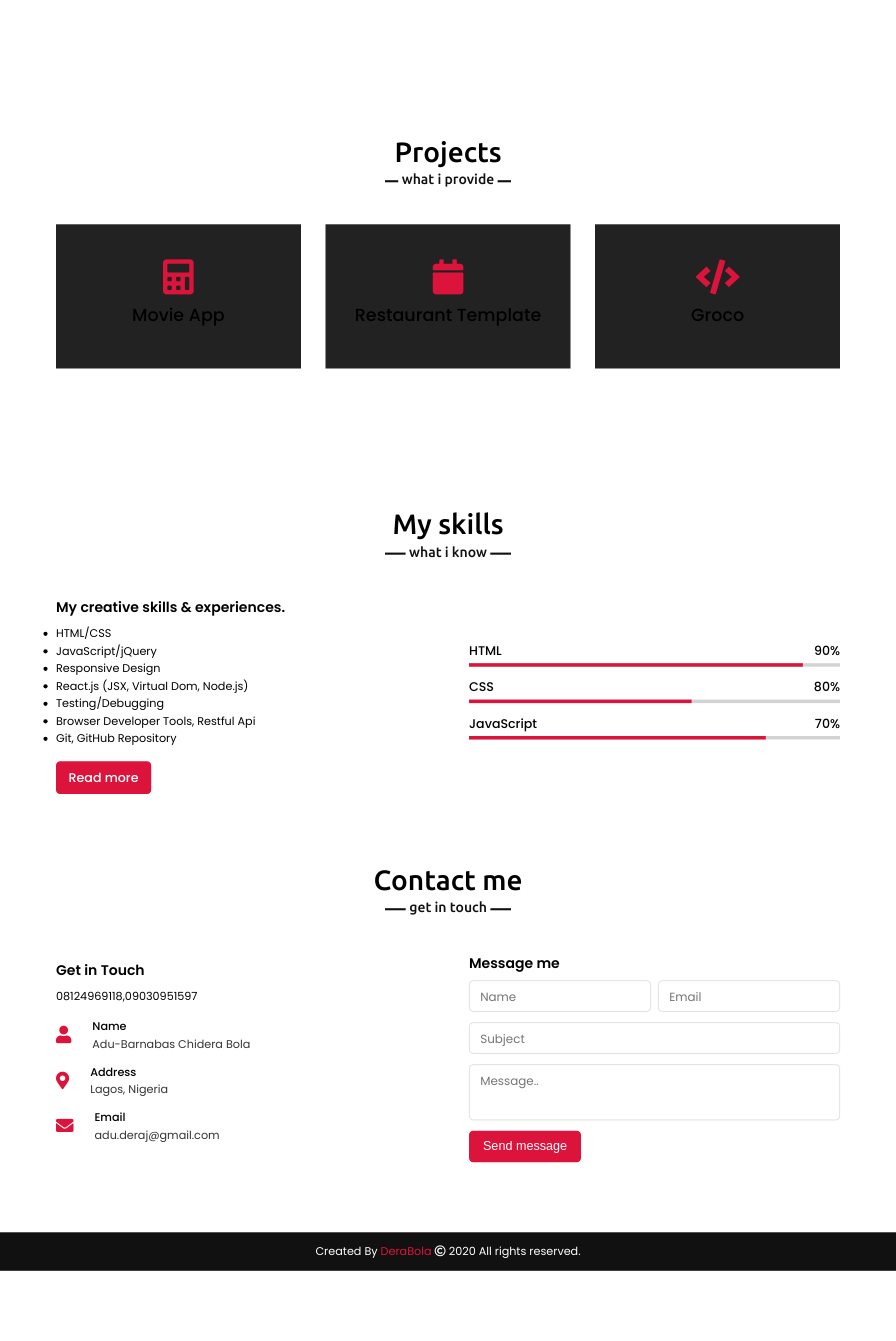
Repository: DeraBola/Portfolio
Page: index.html
These files come from the project's save history. The page is drawn as it stood at one moment and after the next save; the edit follows.
The browser window is 1280 px wide. The pictures show the part of the page from y = 1359 to 3279 px (the page is 3274 px tall before and 3279 px after), at 70% of full size.
Backgrounds fixed to the window are drawn as part of the page.

Above is the page before, as saved 2023-01-05 13:45:56.
Console error: ReferenceError: $ is not defined

### index.html
<!DOCTYPE html>
<html lang="en">

<head>
    <meta charset="UTF-8">
    <meta name="viewport" content="width=device-width, initial-scale=1.0">
    <title>Personal Portfolio Website</title>
    <link rel="stylesheet" type="text/css" href="Portfolio.css">
    <script src="Portfolio.js"></script>
    <link rel="stylesheet" href="https://cdnjs.cloudflare.com/ajax/libs/font-awesome/5.15.3/css/all.min.css" />
    <script src="https://code.jquery.com/jquery-3.5.1.min.js"></script>
    <script src="https://cdnjs.cloudflare.com/ajax/libs/typed.js/2.0.11/typed.min.js"></script>
    <script src="https://cdnjs.cloudflare.com/ajax/libs/waypoints/4.0.1/jquery.waypoints.min.js"></script>
    <script src="https://cdnjs.cloudflare.com/ajax/libs/OwlCarousel2/2.3.4/owl.carousel.min.js"></script>
    <link rel="stylesheet" href="https://cdnjs.cloudflare.com/ajax/libs/OwlCarousel2/2.3.4/assets/owl.carousel.min.css" />
</head>

<body>
    <div class="scroll-up-btn">
        <i class="fas fa-angle-up"></i>
    </div>
    <nav class="navbar">
        <div class="max-width">
            <div class="logo"><a href="#">Portfo<span>lio.</span></a></div>
            <ul class="menu">
                <li><a href="#home" class="menu-btn">Home</a></li>
                <li><a href="#about" class="menu-btn">About</a></li>
                <li><a href="#services" class="menu-btn">Services</a></li>
                <li><a href="#skills" class="menu-btn">Skills</a></li>
                <li><a href="#contact" class="menu-btn">Contact</a></li>
            </ul>
            <div class="menu-btn">
                <i class="fas fa-bars"></i>
            </div>
        </div>
    </nav>

    <!-- home section start -->
    <section class="home" id="home">
        <div class="max-width">
            <div class="home-content">
                <div class="text-1">Hello, my name is</div>
                <div class="text-2">Adu-Barnabas Chidera Bola</div>
                <div class="text-3">And I'm a <span class="typing"></span></div>
                <a href="https://drive.google.com/file/d/1_B8UsfiJBEhXLdAxsrp3EIpiCr9W2kGT/view?usp=sharing">Hire me</a>
            </div>
        </div>
    </section>

    <!-- about section start -->
    <section class="about" id="about">
        <div class="max-width">
            <h2 class="title">About me</h2>
            <div class="about-content">
                <div class="column left">
                    <img src="images/CHI.JPG" alt="">
                </div>
                <div class="column right">
                    <div class="text">I'm Chidera and I'm a <span class="typing-2"></span></div>
                    <p>Chidera is a front-end web developer that is responsible for implementing visual elements that users see and interact with in a web application.She writes well designed, testable, efficient code by using best software development practices.
                        Creating website layout/user interfaces by using standard HTML/CSS and JS practices.</p>
                    <a href="https://drive.google.com/file/d/1_B8UsfiJBEhXLdAxsrp3EIpiCr9W2kGT/view?usp=sharing">Download CV</a>
                </div>
            </div>
        </div>
    </section>

    <!-- services section start -->
    <section class="services" id="services">
        <div class="max-width">
            <h2 class="title">Projects</h2>
            <div class="serv-content">

                <div class="card">
                    <div class="box">
                        <i class="fa fa-calculator" aria-hidden="true"></i>
                        <div class="text">Movie App<a href="https://calcjquery.netlify.app/"><span class="link"></span></a></div>
                    </div>
                </div>

                <div class="card">
                    <div class="box">
                        <i class="fa fa-calendar" aria-hidden="true"></i>
                        <div class="text">Restaurant Template
                            <a href="https://calendar-coursera-dera.netlify.app/">
                                <span class="link-2"></span></a>
                        </div>
                    </div>
                </div>

                <div class="card">
                    <div class="box">
                        <i class="fas fa-code"></i>
                        <div class="text">Groco <a href="https://hmw-coursera-js.netlify.app/"><span class="link-3"></span></a>
                        </div>
                    </div>
                </div>
            </div>
        </div>
    </section>

    <!-- skills section start -->
    <section class="skills" id="skills">
        <div class="max-width">
            <h2 class="title">My skills</h2>
            <div class="skills-content">
                <div class="column left">
                    <div class="text">My creative skills & experiences.</div>
                    <ul>
                        <li>HTML/CSS</li>
                        <li>JavaScript/jQuery</li>
                        <li> Responsive Design</li>
                        <li>React.js (JSX, Virtual Dom, Node.js)</li>
                        <li>Testing/Debugging</li>
                        <li> Browser Developer Tools, Restful Api</li>
                        <li>Git, GitHub Repository</li>
                    </ul>
                    <a href="#">Read more</a>
                </div>
                <div class="column right">
                    <div class="bars">
                        <div class="info">
                            <span>HTML</span>
                            <span>90%</span>
                        </div>
                        <div class="line html"></div>
                    </div>
                    <div class="bars">
                        <div class="info">
                            <span>CSS</span>
                            <span>80%</span>
                        </div>
                        <div class="line css"></div>
                    </div>
                    <div class="bars">
                        <div class="info">
                            <span>JavaScript</span>
                            <span>70%</span>
                        </div>
                        <div class="line js"></div>
                    </div>

                </div>
            </div>
        </div>
        </div>
        </sectio>

        <!--contact section start-->
        <section class="contact" id="contact">
            <div class="max-width">
                <h2 class="title">Contact me</h2>
                <div class="contact-content">
                    <div class="column left">
                        <div class="text">Get in Touch</div>
                        <p>08124969118,09030951597</p>
                        <div class="icons">
                            <div class="row">
                                <i class="fas fa-user"></i>
                                <div class="info">
                                    <div class="head">Name</div>
                                    <div class="sub-title">Adu-Barnabas Chidera Bola</div>
                                </div>
                            </div>
                            <div class="row">
                                <i class="fas fa-map-marker-alt"></i>
                                <div class="info">
                                    <div class="head">Address</div>
                                    <div class="sub-title">Lagos, Nigeria</div>
                                </div>
                            </div>
                            <div class="row">
                                <i class="fas fa-envelope"></i>
                                <div class="info">
                                    <div class="head">Email</div>
                                    <div class="sub-title">adu.deraj@gmail.com</div>
                                </div>
                            </div>
                        </div>
                    </div>
                    <div class="column right">
                        <div class="text">Message me</div>
                        <form action="#">
                            <div class="fields">
                                <div class="field name">
                                    <input type="text" placeholder="Name" required>
                                </div>
                                <div class="field email">
                                    <input type="email" placeholder="Email" required>
                                </div>
                            </div>
                            <div class="field">
                                <input type="text" placeholder="Subject" required>
                            </div>
                            <div class="field textarea">
                                <textarea cols="30" rows="10" placeholder="Message.." required></textarea>
                            </div>
                            <div class="button-area">
                                <button type="submit">Send message</button>
                            </div>
                        </form>
                    </div>
                </div>
            </div>
        </section>

        <!-- footer section start -->
        <footer>
            <span>Created By <a href="#">DeraBola</a> <span class="far fa-copyright"></span> 2020 All rights reserved.</span>
        </footer>

        <script src="Portfolio.js"></script>
</body>

</html>

Loaded but not shown: Portfolio.js (67 lines, source omitted); Portfolio.css (700 lines, source omitted)

After the next save:
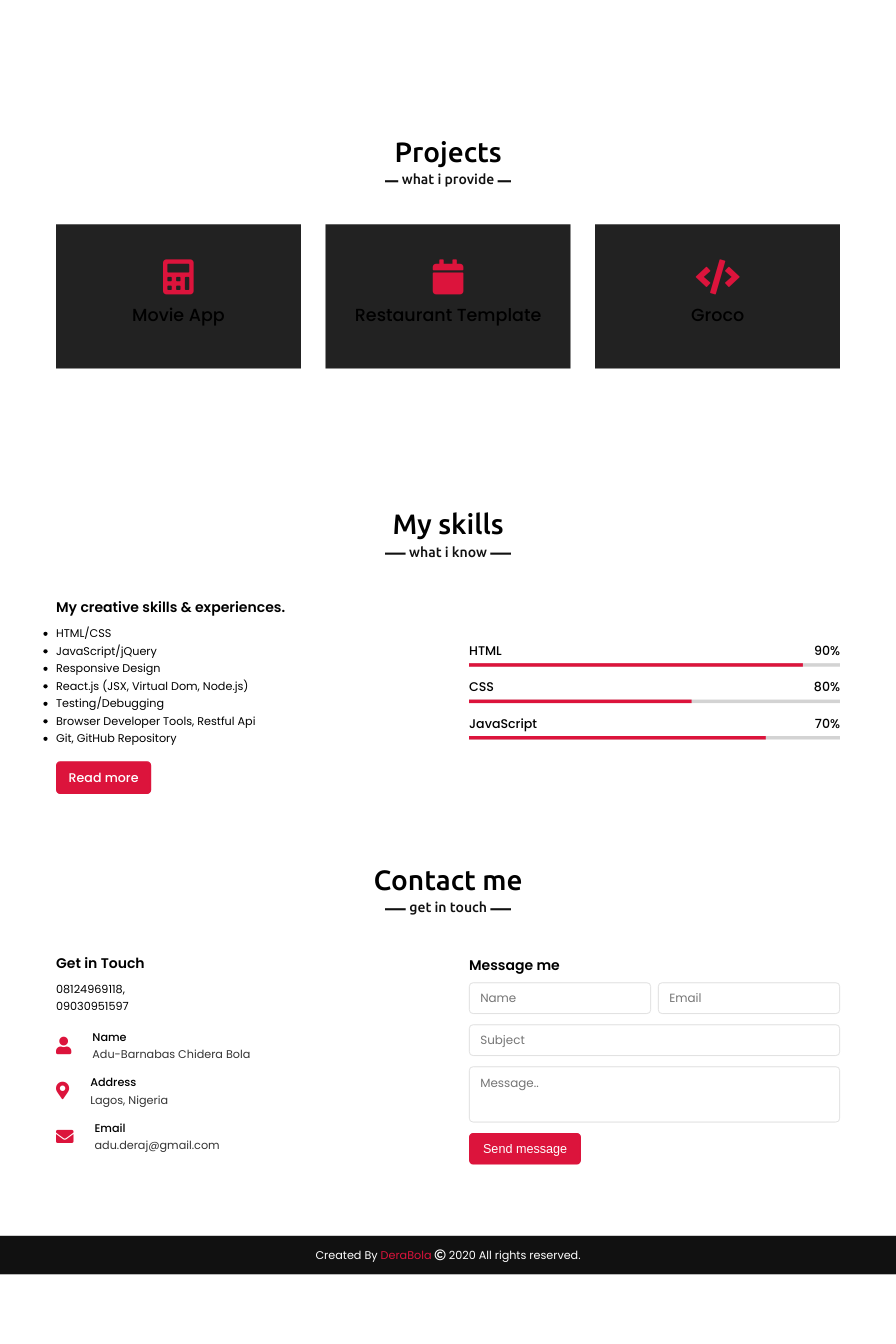
Saved 35 s later.
--- a/index.html
+++ b/index.html
@@ -153,7 +153,7 @@
                 <div class="contact-content">
                     <div class="column left">
                         <div class="text">Get in Touch</div>
-                        <p>08124969118,09030951597</p>
+                        <p>08124969118, <br>09030951597</p>
                         <div class="icons">
                             <div class="row">
                                 <i class="fas fa-user"></i>
